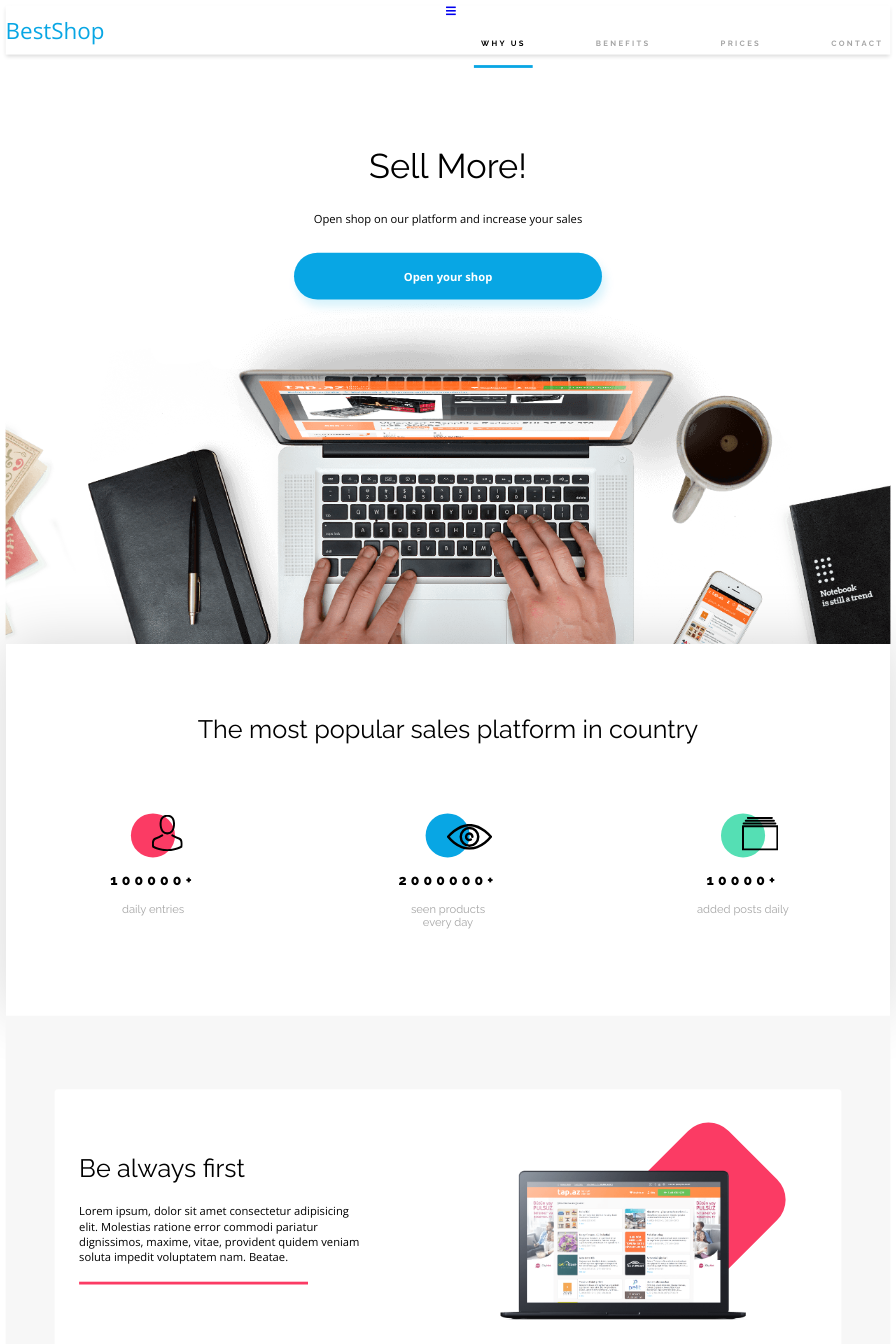
Repository: insolt/BestShop
Page: index.html
The author's editor kept a copy of each file at every save. The page is drawn from the files as they stood at one save, then again after the next save.
The browser window is 1280 px wide. The pictures show the part of the page from y = 0 to 1920 px (the page is 4358 px tall), at 70% of full size.
The style sheet was rebuilt from its Sass, Less or Tailwind sources for each picture, by a compiler version that may differ from the author's.

Above is the page before, as saved 2020-09-15 11:12:30.

### index.html
<!DOCTYPE html>
<html lang="en">

<head>
    <meta charset="UTF-8">
    <meta name="viewport" content="width=device-width, initial-scale=1.0">
    <meta name="description" content="BestShop offers online shops managing services. Market leading company, the most experienced team in Europe, flexible customer approach. We change your ideas into profitable business">
    <meta name="keywords" content="BestShop, online shopping, shop, service, managing, customer">
    <meta name="author" content="Michal Bornikowski">
    <!--tags for IE-->
    <meta http-equiv="X=Ua-Compatible" content="IE=egde,chrome-1">
    <title>BestShop</title>
    <link href="https://fonts.googleapis.com/css2?family=Open+Sans:wght@300;400;700&family=Raleway:wght@300;400;700;800&display=swap" rel="stylesheet">
    <link rel="stylesheet" href="css/main.css">
    <link rel="stylesheet" href="https://use.fontawesome.com/releases/v5.7.2/css/all.css" integrity="sha384-fnmOCqbTlWIlj8LyTjo7mOUStjsKC4pOpQbqyi7RrhN7udi9RwhKkMHpvLbHG9Sr" crossorigin="anonymous">
    <link rel="icon" href="favicon.ico">
</head>

<body>

    <header class="page-header">
        <div class="nav__mobile-menu">

        </div>
        <div class="container">
            <p class="page-header__logo">
                BestShop
            </p>

            <nav class="page-header__nav">
                <div class="page-header__mobile-menu--hamburger-icon">
                    <a href="#open-menu" class="page-header__mobile-menu--hamburger-icon-link"><span  class="fas fa-bars"></span></a>
                </div>

                <ul class="page-header__nav--list">
                    <li class="page-header__nav--el">
                        <a href="#" class="page-header__nav--link header__nav--active">Why us</a>
                    </li>
                    <li class="page-header__nav--el">
                        <a href="#" class="page-header__nav--link">Benefits</a>
                    </li>
                    <li class="page-header__nav--el">
                        <a href="#" class="page-header__nav--link">Prices</a>
                    </li>
                    <li class="page-header__nav--el">
                        <a href="#" class="page-header__nav--link">Contact</a>
                    </li>
                </ul>

            </nav>

        </div>
    </header>

    <section class="section-opening">
        <div class="container">
            <h1 class="section-opening__title">
                Sell More!
            </h1>
            <p class="section-opening__text">
                Open shop on our platform and increase your sales
            </p>
            <a href="" class="section-opening__link">
                Open your shop
            </a>
        </div>
    </section>

    <section class="section-stats">
        <div class="container">
            <h2 class="section-stats__title">
                The most popular sales platform in country
            </h2>
            <div class="section-stats__selection">
                <div class="section-stats__box">
                    <div class="section-stats__box--icon stats__icon--person"></div>
                    <p class="section-stats__box--value">
                        100000+
                    </p>
                    <p class="section-stats__box--note">
                        daily entries
                    </p>
                </div>
                <div class="section-stats__box">
                    <div class="section-stats__box--icon stats__icon--eye"></div>
                    <p class="section-stats__box--value">
                        2000000+
                    </p>
                    <p class="section-stats__box--note">
                        seen products every day
                    </p>
                </div>
                <div class="section-stats__box ">
                    <div class="section-stats__box--icon stats__icon--catalog"></div>
                    <p class="section-stats__box--value ">
                        10000+
                    </p>
                    <p class="section-stats__box--note">
                        added posts daily
                    </p>
                </div>
            </div>
        </div>
    </section>

    <section class="articles">
        <div class="container">
            <article class="article-top">
                <div class="article-top__content">
                    <h2 class="article-top__title">
                        Be always first
                    </h2>
                    <p class="article-top__text">
                        Lorem ipsum, dolor sit amet consectetur adipisicing elit. Molestias ratione error commodi pariatur dignissimos, maxime, vitae, provident quidem veniam soluta impedit voluptatem nam. Beatae.
                    </p>
                </div>
                <div class="article-top__aside">
                    <div class="article-top__aside--bg">
                    </div>
                    <div class="article-top__aside--photo">
                    </div>
                </div>
            </article>
            <article class="article-medium">
                <div class="article-medium__aside">
                    <div class="article-medium__aside--bg">
                    </div>
                    <div class="article-medium__aside--photo">
                    </div>
                </div>
                <div class="article-medium__content">
                    <h2 class="article-medium__title">
                        Your shop is where you are!
                    </h2>
                    <p class="article-medium__text">
                        Lorem ipsum, dolor sit amet consectetur adipisicing elit. Molestias ratione error commodi pariatur dignissimos, maxime, vitae, provident quidem veniam soluta impedit voluptatem nam. Beatae.
                    </p>
                </div>
            </article>
            <artlicle class="article-bottom">
                <div class="article-bottom__galley">
                    <div class="article-bottom__galley--content">
                        <h2 class="article-bottom__galley--title">
                            Increase recognition your brand!
                        </h2>
                        <p class="article-bottom__galley--text">
                            Lorem ipsum, dolor sit amet consectetur adipisicing elit. Molestias ratione error commodi pariatur dignissimos, maxime, vitae, provident quidem veniam soluta impedit voluptatem nam. Beatae.
                        </p>
                    </div>
                </div>
                <div class="article-bottom__trumpet">
                    <div class="article-bottom__trumpet--bg">
                    </div>
                    <div class="article-bottom__trumpet--photo">
                    </div>
                </div>
            </artlicle>
        </div>
    </section>

    <section class="section-pricing">
        <div class="container">
            <div class="section-pricing__offer">
                <h2 class="section-pricing__offer--title">
                    Pricing
                </h2>
                <div class="section-pricing__offer--content">
                    <div class="section-pricing__offer-basic">
                        <div class="section-pricing__offer-basic--top">
                            <h3 class="section-pricing__offer-basic--title">
                                Basic
                            </h3>
                            <p class="section-pricing__offer-basic--price">
                                $0
                            </p>
                        </div>
                        <ul class="section-pricing__offer-basic--list">
                            <li class="section-pricing__offer-basic--item">
                                100 MB HDD
                            </li>
                            <li class="section-pricing__offer-basic--item">
                                1 Subdomain
                            </li>
                            <li class="section-pricing__offer-basic--item">
                                2 E-mails
                            </li>
                            <li class="section-pricing__offer-basic--item">
                                Two years license
                            </li>
                            <li class="section-pricing__offer-basic--item">
                                Full support
                            </li>
                        </ul>
                        <a href="" class="section-pricing__offer-basic--confirm">Begin</a>
                    </div>
                    <div class="section-pricing__offer-professional">
                        <div class="section-pricing__offer-profesional--top">
                            <h3 class="section-pricing__offer-professional--title">
                                Professional
                            </h3>
                            <p class="section-pricing__offer-professional--price">
                                $25
                            </p>
                            <p class="section-pricing__offer-professional--note">
                                Limited offer
                            </p>
                        </div>
                        <ul class="section-pricing__offer-professional--list">
                            <li class="section-pricing__offer-professional--item">
                                500 MB HDD
                            </li>
                            <li class="section-pricing__offer-professional--item">
                                2 Subdomain
                            </li>
                            <li class="section-pricing__offer-professional--item">
                                5 E-mails
                            </li>
                            <li class="section-pricing__offer-professional--item">
                                One year license
                            </li>
                            <li class="section-pricing__offer-professional--item">
                                Full support
                            </li>
                        </ul>
                        <a href=" " class="section-pricing__offer-professional--confirm">Begin</a>
                    </div>
                    <div class="section-pricing__offer-premium">
                        <div class="section-pricing__offer-premium--top">
                            <h3 class="section-pricing__offer-premium--title">
                                Premium
                            </h3>
                            <p class="section-pricing__offer-premium--price">
                                $60
                            </p>
                            <p class="section-pricing__offer-premium--note">
                                Limited offer
                            </p>
                        </div>
                        <ul class="section-pricing__offer-premium--list">
                            <li class="section-pricing__offer-premium--item">
                                2 GB HDD
                            </li>
                            <li class="section-pricing__offer-premium--item">
                                5 Subdomain
                            </li>
                            <li class="section-pricing__offer-premium--item">
                                20 E-mails
                            </li>
                            <li class="section-pricing__offer-premium--item">
                                Two years license
                            </li>
                            <li class="section-pricing__offer-premium--item">
                                Full support
                            </li>
                        </ul>
                        <a href=" " class="section-pricing__offer-premium--confirm">Begin</a>
                    </div>
                </div>
            </div>
        </div>
    </section>

    <section class="form">
        <div class="container">
            <div class="form__contact-details">
                <h2 class="form__contact-detail--title">
                    Any questions?
                </h2>
                <p class="form__contact-detail--text">
                    Leave your email address or call us!
                </p>
                <ul class="form__contact-detail--list">
                    <li class="form__contact-detail--item">
                        info@bestshop.xyz
                    </li>
                    <li class="form__contact-detail--item">
                        123 456 789
                    </li>
                </ul>
            </div>
            <div class="form__user-details">
                <form action="" class="form__user-details--form">
                    <div class="form__user-details--form-inputs">
                        <div class="form__user-details--name">
                            <label for="name" class="form__user-details--name-label">Name</label>
                            <input class="form__user-details--name-input" type="text" id="name" name="name" placeholder="">
                        </div>
                        <div class="form__user-details--email">
                            <label for="email" class="form__user-details--email-label">Email</label>
                            <input class="form__user-details--email-input" type="text" id="emaile" name="email" placeholder="">
                        </div>
                    </div>
                    <div class="form__user-details--checkbox">
                        <input type="checkbox" class="form__user-details--checkbox-input" name="regulation" id="regulation">
                        <label for="regulation" class="form__user-details--checkbox-label">I hereby give consent for my personal data included in my application to be processed for the purposes of the recruitment process under the European Parliament's and Council of the European Union Regulation on the Protection of Natural Persons as of 27 April 2016, with regard to the processing of personal data and of the free movement of such data, and repealing Directive 95/46/EC (Data Protection Directive)</label>
                    </div>
                    <div class="form__user-details--btn">
                        <button type="submit" class="form__user-details--btn-submit">Send</button>
                    </div>
                </form>
            </div>
        </div>
    </section>

    <footer class="page-footer">
        <div class="container">
            <div class="page-footer__despcription">
                <p class="page-footer__logo">
                    BestShop
                </p>
                <p class="page-footer__copyrights">
                    &copy; 2019 BestShop LTD, All Rights Reserved
                </p>
            </div>
            <div class="page-footer__links">
                <a href="https://www.twitter.com" class="page-footer__twitter">
                    <img src="assets/twitter.svg" class="page-footer__twitter-icon">
                </a>
                <a href="https://www.facebook.com" class="page-footer__facebook">
                    <img src="assets/facebook.svg" class="page-footer__facebook-icon">
                </a>
            </div>
        </div>
    </footer>
</body>

</html>

Loaded but not shown: scss/main.scss (964 lines, source omitted)

After the next save:
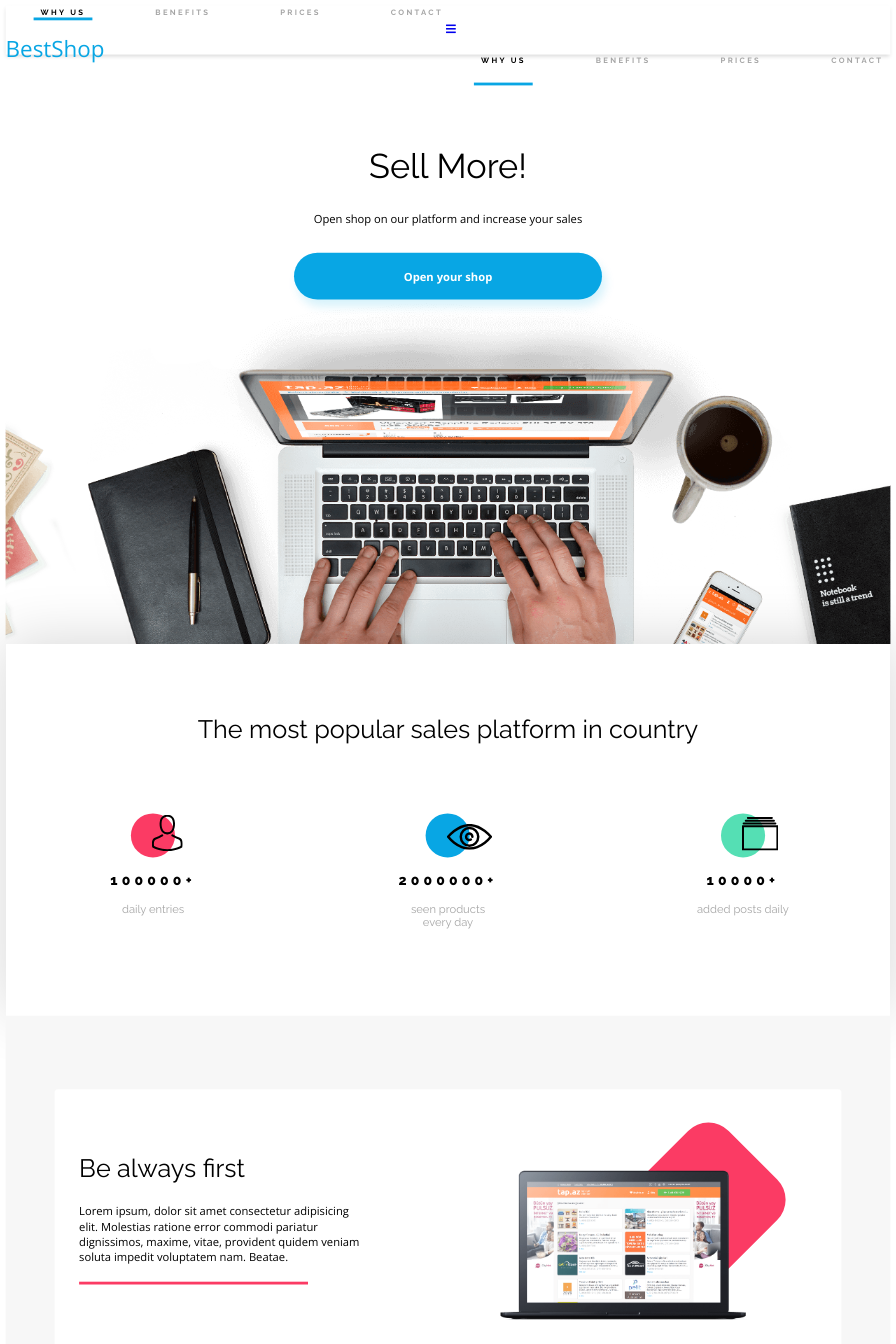
Saved 52 s later.
--- a/index.html
+++ b/index.html
@@ -20,7 +20,20 @@
 
     <header class="page-header">
         <div class="nav__mobile-menu">
-
+            <ul class="page-header__nav--list">
+                <li class="page-header__nav--el">
+                    <a href="#" class="page-header__nav--link header__nav--active">Why us</a>
+                </li>
+                <li class="page-header__nav--el">
+                    <a href="#" class="page-header__nav--link">Benefits</a>
+                </li>
+                <li class="page-header__nav--el">
+                    <a href="#" class="page-header__nav--link">Prices</a>
+                </li>
+                <li class="page-header__nav--el">
+                    <a href="#" class="page-header__nav--link">Contact</a>
+                </li>
+            </ul>
         </div>
         <div class="container">
             <p class="page-header__logo">
